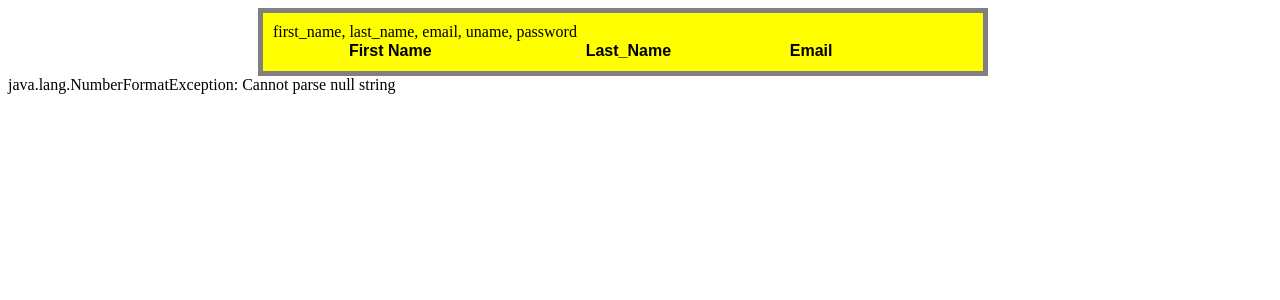
Repository: prathameshhhh12/PizzaShop
Page: http://localhost/Pizzashop/addeditCustomer.jsp
These files come from the project's save history. The page is drawn as it stood at one moment and after the next save; the edit follows.
The browser window is 1280 px wide. The pictures show the whole page.
The page is served by Tomcat 9. Queries for data that is not in the repository find no rows.

Above is the page before, as saved 2023-02-16 16:46:00.

After the next save:
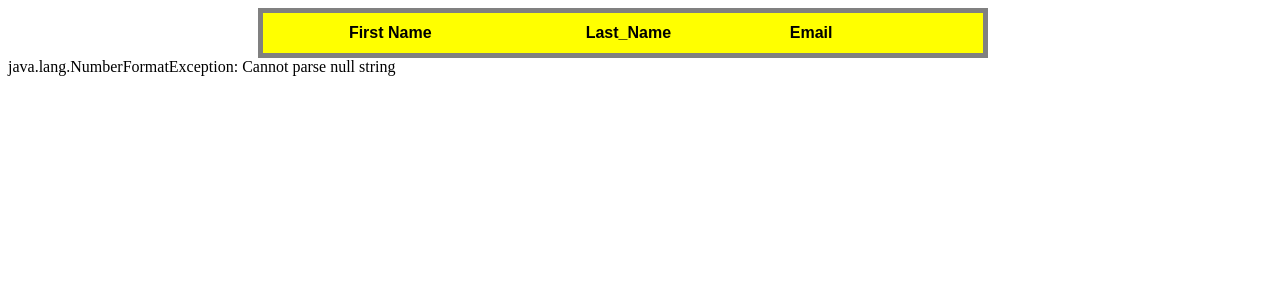
Saved 13 s later.
--- a/Pizzashop/WebContent/addeditCustomer.jsp
+++ b/Pizzashop/WebContent/addeditCustomer.jsp
@@ -5,7 +5,7 @@
 
 
 <table>
-<tr>first_name, last_name, email, uname, password
+<tr>
 <th>First Name</th>
 <th>Last_Name</th>
 <th>Email</th>
